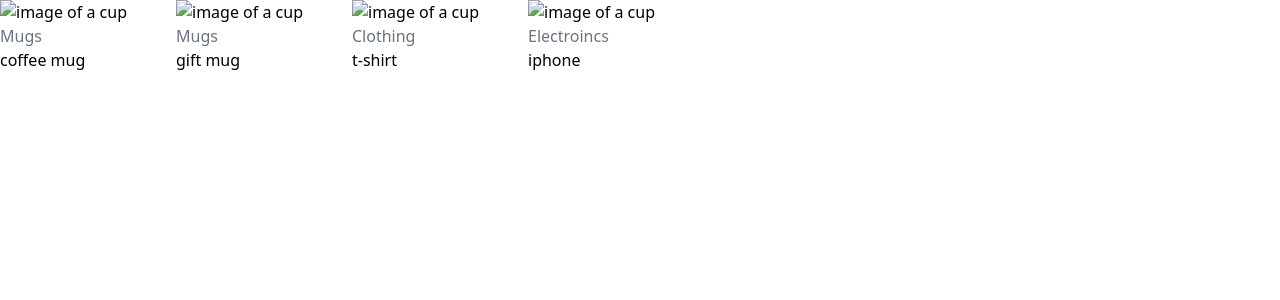
Repository: itz-mohanmadhav-18/REACT-RDUX-TUTORIAL
Page: /
These files come from the project's save history. The page is drawn as it stood at one moment and after the next save; the edit follows.
The browser window is 1280 px wide. The pictures show the whole page.
The project was rebuilt for these pictures with package versions that can differ from the ones it lists, and the page was loaded fresh each time. Also part of the build but not shown: vite.config.js.

Above is the page before, as saved 2024-12-31 08:12:50.

### src/main.jsx
import { StrictMode } from 'react'
import { createRoot } from 'react-dom/client'
import './index.css'
import App from './App.jsx'

createRoot(document.getElementById('root')).render(
  <StrictMode>
    {/* <Provider store={store}> */}
    <App />
  {/* </Provider> */}
  </StrictMode>,
)

### src/App.jsx
import React from "react";
import Card  from "./components/card";

function App() {
  return (
        <div className="flex gap-4">
        <Card photo="" title="coffee mug" category="Mugs" />
        <Card photo="" title="gift mug " category="Mugs" />
        <Card photo="" title="t-shirt  " category="Clothing" />
        <Card photo="" title="iphone" category="Electroincs" />
        </div>
  );
}

export default App;

### src/components/card.jsx
import React from 'react'
import '../index.css'
export default function Card(data) {
  return (
    <div>
        <img src={data.photo} alt="image of a cup" className="w-40" />

        <p className='text-gray-500'>{data.category}</p>
        <p className='text-black'>{data.title}</p>
    </div>
  )
}

### tailwind.config.js
/** @type {import('tailwindcss').Config} */
module.exports = {
  content: [
    "./index.html",
    "./src/**/*.{js,ts,jsx,tsx}",
  ],
  theme: {
    extend: {
      colors: {
        primary: '#3B82F6',
        secondary: '#10B981',
      },
    },
  },
  plugins: [],
}

Loaded but not shown: index.html (common file); src/index.css (common file)

After the next save:
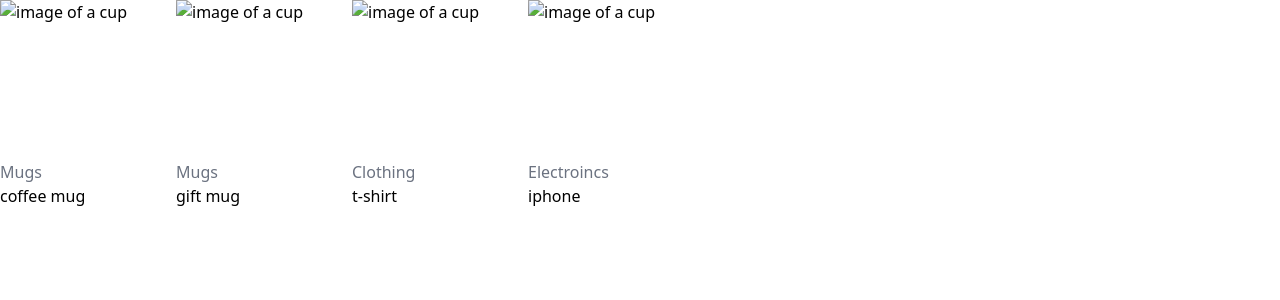
Saved 105 s later.
--- a/src/components/card.jsx
+++ b/src/components/card.jsx
@@ -3,7 +3,7 @@
 export default function Card(data) {
   return (
     <div>
-        <img src={data.photo} alt="image of a cup" className="w-40" />
+        <img src={data.photo} alt="image of a cup" className="w-40 h-40 object-cover" />
 
         <p className='text-gray-500'>{data.category}</p>
         <p className='text-black'>{data.title}</p>
